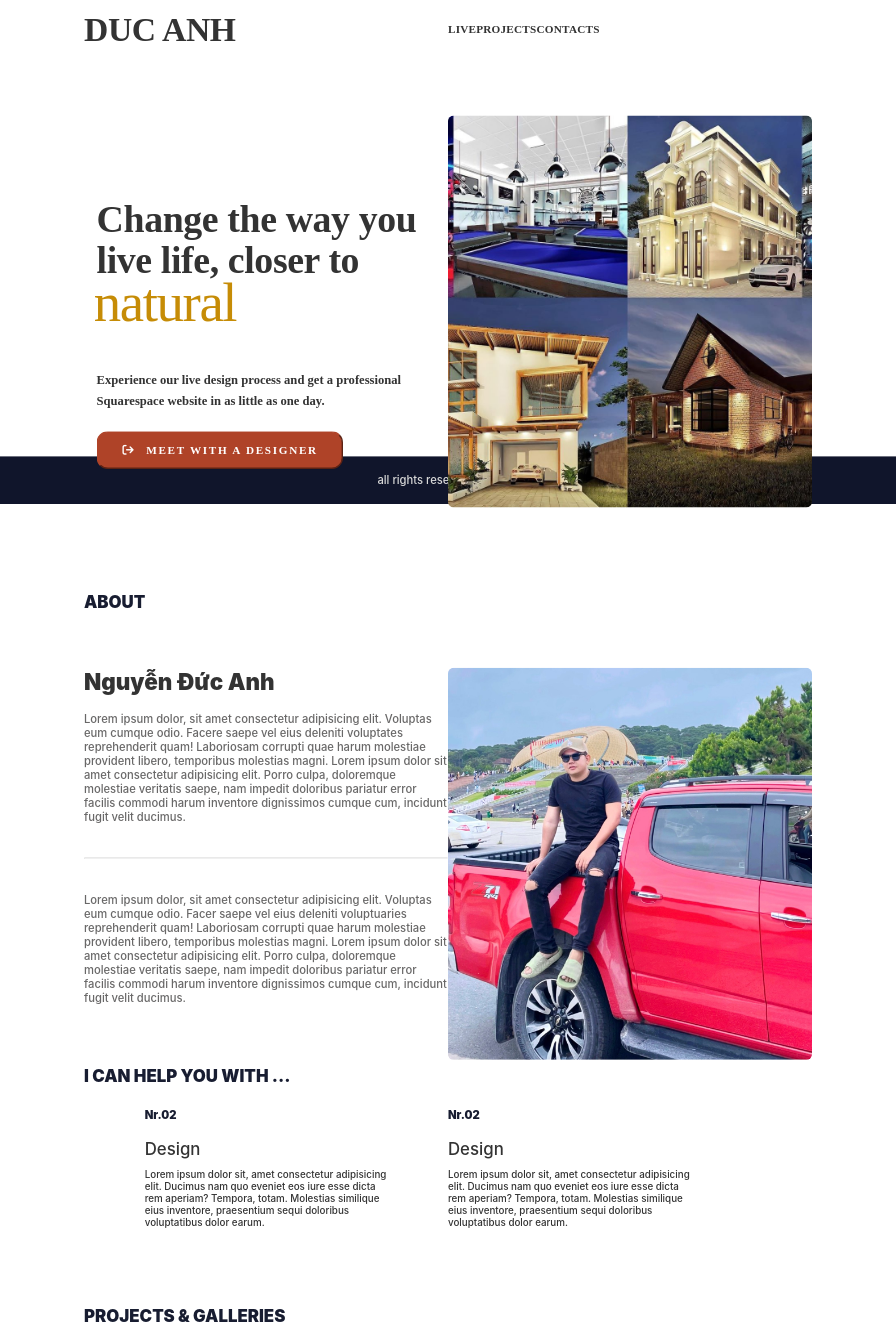
Repository: Ethanxcode/DucAnhNguyen
Page: index.html
The author's editor kept a copy of each file at every save. The page is drawn from the files as they stood at one save, then again after the next save.
The browser window is 1280 px wide. The pictures show the part of the page from y = 0 to 1920 px (the page is 4972 px tall), at 70% of full size.

Above is the page before, as saved 2023-02-08 02:11:37.

### index.html
<!DOCTYPE html>
<html lang="en">

<head>
	<meta charset="UTF-8" />
	<meta http-equiv="X-UA-Compatible" content="IE=edge" />
	<meta name="viewport" content="width=device-width, initial-scale=1.0" />
	<link rel="stylesheet" href="./style.css" />
	<link rel="stylesheet" href="https://cdnjs.cloudflare.com/ajax/libs/font-awesome/6.2.1/css/all.min.css" />
	<!-- <link rel="stylesheet" type="text/css" href="/css/fonts.css" /> -->
	<link rel="stylesheet" href="./Assets/font/sofia-pro-cufonfonts-webfont/style.css">
	<title>DucAnhNguyen</title>
</head>

<body>
	<div id="root">

			<header class=" container  content-above col-12">
				<ul class="headerMenu">
					<li>
						<a href="">
							<h2 class="textLogo">Duc Anh</h2>
						</a>
					</li>
					<li>
								<ul class="subHeaderMenu">

									<li>
										<a href="#" class="inter-black-iron-16px">Live</a>
									</li>
									<li>
										<a href="#" class="inter-black-iron-16px">Projects</a>
									</li>
									<li>
										<a href="#" class="inter-black-iron-16px">Contacts</a>
									</li>
								</ul>
					</li>
					<li><button id="burgerMenu" onclick="openBurgerMenu()"><i class="fa-solid fa-bars "></i></button></li>
				</ul>
			</header>
		<section class="container header">
			<section class="row">
				<div class="col-6" style="float: left; padding: 0 18px;">
					<h1 class="heroTitle">
					Change the way you live life, closer to <strong>natural</strong>
				</h1>
				<h3 style="white-space: pre-wrap">Experience our live design process and get a professional Squarespace website in as little as one day.
				</h3>
				<button class="btn inter-black-almod-16px">
					<i class="icon-margin-8px fa-solid fa-arrow-right-from-bracket"></i>
					Meet with a designer
				</button>
				</div>
				<!-- <p class="childrenSubNav">Modular, sustainable, premium.</p> -->
				<!-- <div class="col-6">
					<img src="./Assets/241194850_2108411145980762_7904081432669109629_n.jpg" class="bg-image-holder"></img>
				</div> -->
				<div class="col-6 col-s-12 ">
					<img src="./Assets/241194850_2108411145980762_7904081432669109629_n.jpg" alt="" style="
								height: 560px;
								width: 100%;
								object-fit: cover;
								border-radius: 8px;
								float: right;
							" />
				</div>
			</section>


		</section>

		<section class="AboutSection container">
			<header class="HeaderSection">
				<div class="HeaderSectionMenu col-12">

						<h4 class="inter-black-eerie-black-24px">About</h4>


				</div>
			</header>
			<div class="row Aboutcontent">
				<div class="col-6 col-s-12">
					<h1 class="nameTitle">Nguyễn Đức Anh</h1>
					<p class="margin-top-24px inter-medium-tundora-16px">
						Lorem ipsum dolor, sit amet consectetur adipisicing elit. Voluptas
						eum cumque odio. Facere saepe vel eius deleniti voluptates
						reprehenderit quam! Laboriosam corrupti quae harum molestiae
						provident libero, temporibus molestias magni. Lorem ipsum dolor
						sit amet consectetur adipisicing elit. Porro culpa, doloremque
						molestiae veritatis saepe, nam impedit doloribus pariatur error
						facilis commodi harum inventore dignissimos cumque cum, incidunt
						fugit velit ducimus.
					</p>
					<hr>
					<p class="inter-medium-tundora-16px">
						Lorem ipsum dolor, sit amet consectetur adipisicing elit. Voluptas
						eum cumque odio. Facer saepe vel eius deleniti voluptuaries
						reprehenderit quam! Laboriosam corrupti quae harum molestiae
						provident libero, temporibus molestias magni. Lorem ipsum dolor
						sit amet consectetur adipisicing elit. Porro culpa, doloremque
						molestiae veritatis saepe, nam impedit doloribus pariatur error
						facilis commodi harum inventore dignissimos cumque cum, incidunt
						fugit velit ducimus.
					</p>

				</div>
				<div class="col-6 col-s-12 ">
					<img src="./Assets/P1.jpg" alt="" style="
								height: 560px;
								width: 100%;
								object-fit: cover;
								border-radius: 8px;
								float: right;
							" />
				</div>
			</div>
			<div class="row">
				<p class="inter-black-eerie-black-24px ">
					I CAN HELP YOU WITH ...
				</p>
			</div>
			<div class="margin-top-24px subAboutContent row">

				<div class="col-4 col-s-12">
					<h4 class="inter-black-eerie-black-16px">Nr.02</h4>
					<h3 class="inter-medium-black-24px">Design</h3>
					<p class="inter-medium-black-14px">
						Lorem ipsum dolor sit, amet consectetur adipisicing elit. Ducimus
						nam quo eveniet eos iure esse dicta rem aperiam? Tempora, totam.
						Molestias similique eius inventore, praesentium sequi doloribus
						voluptatibus dolor earum.
					</p>
				</div>
				<div class="col-4 col-s-12">
					<h4 class="inter-black-eerie-black-16px">Nr.02</h4>
					<h3 class="inter-medium-black-24px">Design</h3>
					<p class="inter-medium-black-14px">
						Lorem ipsum dolor sit, amet consectetur adipisicing elit. Ducimus
						nam quo eveniet eos iure esse dicta rem aperiam? Tempora, totam.
						Molestias similique eius inventore, praesentium sequi doloribus
						voluptatibus dolor earum.
					</p>
				</div>
			</div>
		</section>

		<section class="slideSection container">
			<header class="HeaderSection">
				<div class="HeaderSectionMenu col-12 ">
					<h4 class="inter-black-eerie-black-24px">Projects & Galleries</h4>
			</div>
			</header>
			<div class="slideshow-container col-12 col-s-12">
				<!-- Full-width images with number and caption text -->
				<div class="mySlides fade">
					<!-- <div class="numbertext">1 / 4</div> -->
					<img src="Assets/311601869_1307089786709169_3065254316628902188_n.jpg" style="width: 100%" />
					<!-- <div class="text">Caption Text</div> -->
				</divdiv/div
				<div class="mySlides fade">
					<!-- <div class="numbertext">2 / 4</div> -->
					<img src="Assets/91572249_1631208343701047_2964735174748667904_n.jpg" style="width: 100%" />
					<!-- <div class="text">Caption Two</div> -->
				</div>

				<div class="mySlides fade">
					<!-- <div class="numbertext">3 / 4</div> -->
					<img src="Assets/241194850_2108411145980762_7904081432669109629_n.jpg" style="width: 100%" />
					<!-- <div class="text">Caption Three</div> -->
				</div>
				<div class="mySlides fade">
					<!-- <div class="numbertext">4 / 4</div> -->
					<img src="Assets/159825492_1943519125803299_9126036899379787784_n.jpg" style="width: 100%" />
					<!-- <div class="text">Caption four</div> -->
				</div>

				<!-- Next and previous buttons -->
				<a class="prev" onclick="plusSlides(-1)">&#10094;</a>
				<a class="next" onclick="plusSlides(1)">&#10095;</a>
				<div style="
							align-items: center;
							display: flex;
							/* width: 90%; */
							border-radius: 4px;
							margin: 24px 64px 0 64px;
							max-height: 4px;
							background-color: var(--pablo);
						">
					<span class="dot" onclick="currentSlide(1)"></span>
					<span class="dot" onclick="currentSlide(2)"></span>
					<span class="dot" onclick="currentSlide(3)"></span>
					<span class="dot" onclick="currentSlide(4)"></span>
				</div>
			</div>
		</section>

		<section class="gallerySection container">
			<!-- <header class="HeaderSection">
				<div class="HeaderSectionMenu col-12">

						<h4 class="inter-black-eerie-black-18px">Gallery</h4>


				</div>
			</header> -->
			<div class="row galleryContent">
				<div class="col-6 col-s-12">
					<img src="./Assets/241194850_2108411145980762_7904081432669109629_n.jpg" alt=""  />
				</div>
				<div class="col-6 col-s-12">
					<img src="./Assets/311601869_1307089786709169_3065254316628902188_n.jpg" alt="" />
				</div>
				<button class="btn  margin-top-24px">
					Learn more
				</button>
			</div>



	</section>
		<section class="contactSection container">
		<header class="HeaderSection">
				<div class="HeaderSectionMenu col-12">

						<h4 class="inter-black-eerie-black-24px">Contact</h4>


				</div>
			</header>
		<!-- <header class="HeaderSection">
			<div class="HeaderSectionMenu col-12">

					<h4 class="inter-black-eerie-black-18px"></h4>

				<ul class="subSectionMenu">
					<>
						<h4 class="inter-black-eerie-black-18px">Why Ark-Shelter</h4>
						</li>
						<li>
							<h4 class="inter-black-eerie-black-18px">Back to nature</h4>
						</li>
				</ul>
			</div>
		</header> -->
		<div class="row contactContent">
			<div class="subContactContent col-12 col-s-12">
				<img src="./Assets/P1.jpg" class="circleLogo" alt="">
				<h1 class="bigNameTitle">Let's work <br> together</h1>
			</div>
			<div class="row col-12 " style="padding-bottom: 48px;">
				<hr style="max-width: 100%;">
				<div class="circleCanvas">
					<canvas id="myCanvas" width="180" height="180" ></canvas>
					<span class="">Get in touch</span>
				</div>
			</div>
			<div class="subChildContactContent col-5">
				<button class="btn inter-black-almod-16px  margin-top-24px">
					NguyenDucAnh123@gmail.com
				</button>
				<button class="btn inter-black-almod-16px  margin-top-24px">
					+84867833989
				</button>
			</div>


		</div>


		<!-- <p class="ask">Contact form? Below <i class="fa-solid fa-hand-point-down"></i></p> -->
		<div class="formtoMail">
			<h1 class="showGuideTitle margin-top-80px">Let us know how we can help you.</h1>
		<div class="formSubmit row margin-top-24px">
			<ul class="col-6 ">
				<li><input class="inter-medium-tundora-14px-2" placeholder="First Name" type="text"></li>
				<li><input class="inter-medium-tundora-14px-2" placeholder="Email" type="text"></li>
				<li><input class="inter-medium-tundora-14px-2" placeholder="Country" type="text"></li>
			</ul>
			<ul class="col-6 ">
				<li><input class="inter-medium-tundora-14px-2" placeholder="Last Name" type="text"></li>
				<li><input class="inter-medium-tundora-14px-2" placeholder="Phone Number" type="text"></li>
				<li><input class="inter-medium-tundora-14px-2" placeholder="Subject" type="text"></li>
			</ul>
			<div class="row">
				<textarea placeholder="Your message" class="inter-medium-tundora-14px-2" name="message" id="myMessage"
					cols="180" rows="8"></textarea>
			</div>
		</div>

		</div>
		<button class="btn fullFilshortBtn margin-top-24px">Send message!</button>
	</section>



	<footer class="FooterSection ">
		<section class="container">
			<div class="row footerContent" >
				<div class="col-4 subFooterContent">
					<h4 class=" margin-bottom-24px">Sitemap</h4>
					<ul>
						<li><a href="#">Home</a></li>
						<li><a href="#">Live</a></li>
						<li><a href="#">Work</a></li>
						<li><a href="#">Projects</a></li>
						<li><a href="#">Career</a></li>
						<li><a href="#">Contact</a></li>

					</ul>
				</div>

				<div class="col-4 subFooterContent">
					<h4 class=" margin-bottom-24px">Sitemap</h4>
					<ul>
						<li><a href="#">FQA</a></li>
						<li><a href="#">Privacy Policy</a></li>

					</ul>
				</div>

				<div class="col-4 subFooterContent">
					<h4 class=" margin-bottom-24px">Sitemap</h4>
					<ul>
						<li>
							<p>We will send you updates on new products and discounts.</p>
						</li>
						<li><input class="inter-medium-tundora-14px-2" placeholder="Email" type="text"></li>
					</ul>

				</div>
				<div class="col-four" style="width: 100%; margin-top: 24px;">
					<div class="mapouter">
						<div class="gmap_canvas"><iframe
								src="https://maps.google.com/maps?q=51%20%C4%90%C6%B0%E1%BB%9Dng%20183,%20B%C3%ACnh%20M%E1%BB%B9,%20C%E1%BB%A7%20Chi,%20Th%C3%A0nh%20ph%E1%BB%91%20H%E1%BB%93%20Ch%C3%AD%20Minh,%20Vietnam&amp;t=&amp;z=13&amp;ie=UTF8&amp;iwloc=&amp;output=embed"
								id="gmap_canvas" frameborder="0" scrolling="no"
								style="height: 240px; width: 100%; border-radius: 4px;"></iframe><a></a>
						</div>
					</div>
				</div>
				<ul class="footerIcons">
					<li><a href="#"><i class="fa-brands fa-facebook"></i></a></li>
					<li><a href="#"><i class="fa-brands fa-twitter"></i></a></li>
					<li><a href="#"><i class="fa-brands fa-linkedin"></i></a></li>
					<li><a href="#"><i class="fa-brands fa-pinterest"></i></a></li>

				</ul>
			</div>
			</div>
		</section>
		<div class="footerCopyright">
			<p>all rights reserved @ 2023</p>
		</div>
	</footer>




	</div>
	<script src="script.js"></script>
</body>

</html>

Loaded but not shown: script.js (87 lines, source omitted); style.css (1278 lines, source omitted)

After the next save:
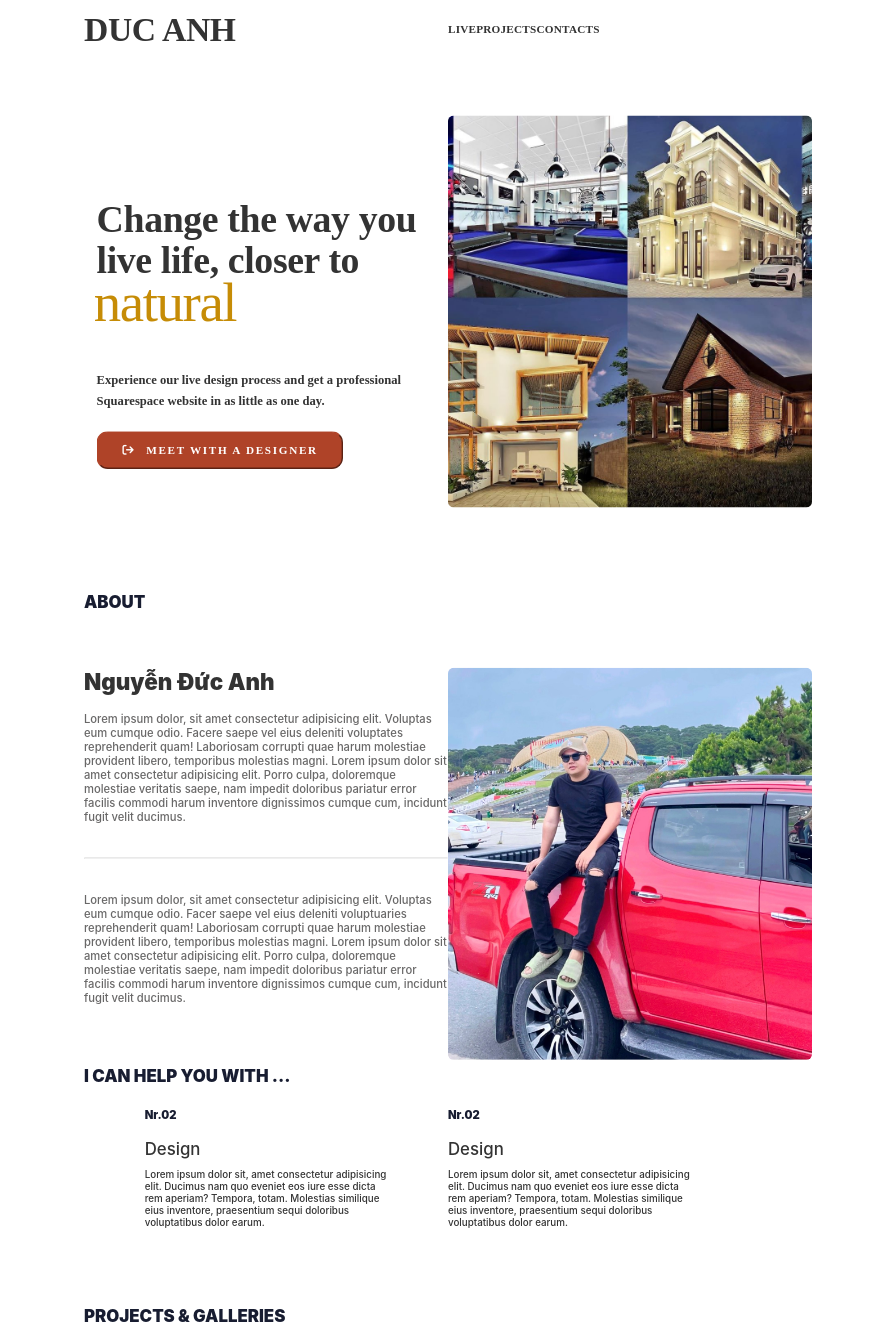
Saved 45 s later.
--- a/index.html
+++ b/index.html
@@ -348,9 +348,7 @@
 			</div>
 			</div>
 		</section>
-		<div class="footerCopyright">
-			<p>all rights reserved @ 2023</p>
-		</div>
+
 	</footer>
 
 
